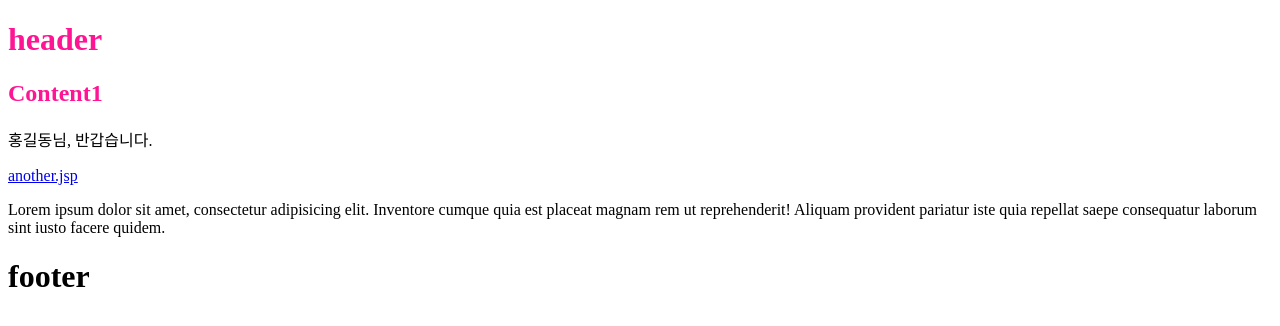
Repository: dygksqkr12/Server
Page: http://localhost/01_helloweb/jsp/inclide.jsp
An editor plug-in stored every save of this project. The page is shown before and after the next save, followed by the edit.
The browser window is 1280 px wide. The pictures show the whole page.
The page is served by Tomcat 9.

Above is the page before, as saved 2021-03-24 12:34:25.

After the next save:
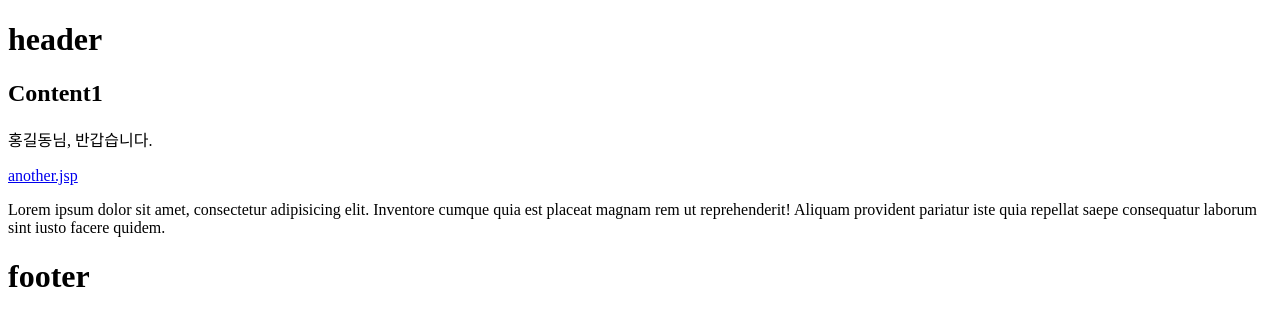
Saved 89 s later.
--- a/01_helloweb/WebContent/jsp/inclide.jsp
+++ b/01_helloweb/WebContent/jsp/inclide.jsp
@@ -6,7 +6,5 @@
 		<p><%= name %>님, 반갑습니다.</p>
 		<a href="/web/jsp/another.jsp">another.jsp</a>
 		<p>Lorem ipsum dolor sit amet, consectetur adipisicing elit. Inventore cumque quia est placeat magnam rem ut reprehenderit! Aliquam provident pariatur iste quia repellat saepe consequatur laborum sint iusto facere quidem.</p>
-		<script>
-		$("h1").css("color", "deeppink");
-		</script>
+
 <%@ include file="/jsp/footer.jsp" %>

After the 3 saves that followed:
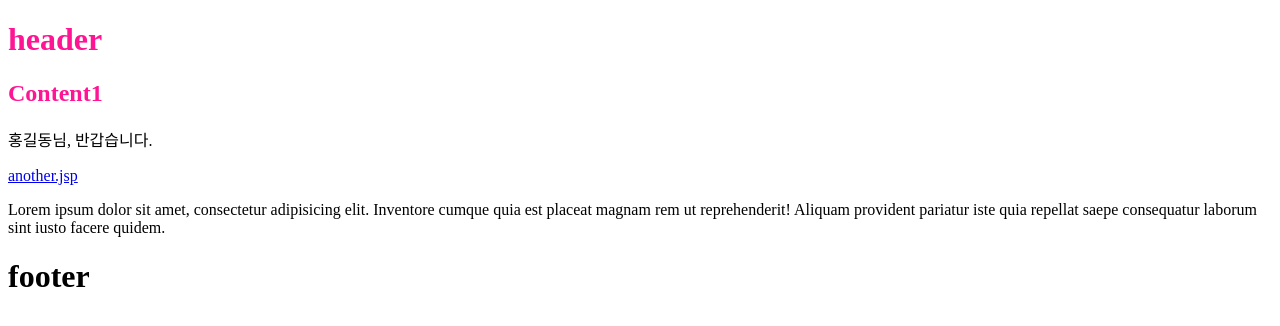
The 3 saves are shown as one change because 2 left the picture as it was.
The last was saved 26 s later.
--- a/01_helloweb/WebContent/jsp/inclide.jsp
+++ b/01_helloweb/WebContent/jsp/inclide.jsp
@@ -6,5 +6,7 @@
 		<p><%= name %>님, 반갑습니다.</p>
 		<a href="/web/jsp/another.jsp">another.jsp</a>
 		<p>Lorem ipsum dolor sit amet, consectetur adipisicing elit. Inventore cumque quia est placeat magnam rem ut reprehenderit! Aliquam provident pariatur iste quia repellat saepe consequatur laborum sint iusto facere quidem.</p>
-
+		<script>
+		$("h1").css("color", "deeppink");
+		</script>
 <%@ include file="/jsp/footer.jsp" %>
